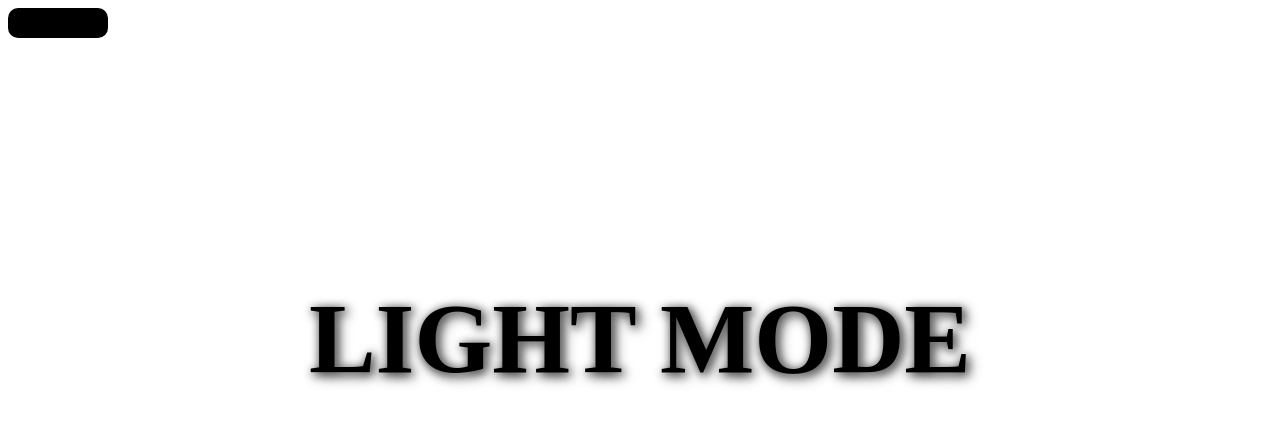
Repository: Eugene44-hub/darkmode-lightmode
Page: index.html
These files come from the project's save history. The page is drawn as it stood at one moment and after the next save; the edit follows.
The browser window is 1280 px wide. The pictures show the whole page.

Above is the page before, as saved 2021-09-13 13:09:55.
Console error: TypeError: Cannot read properties of null (reading 'addEventListener')

### index.html
<!DOCTYPE html>
<html lang="en">

<head>
    <meta charset="UTF-8">
    <meta http-equiv="X-UA-Compatible" content="IE=edge">
    <meta name="viewport" content="width=device-width, initial-scale=1.0">
    <title>Document</title>
    <link rel="stylesheet" href="style.css">
</head>

<body>

    <div class="box">
        <div cass="circle"></div>
    </div>
    <div class="container">
        <p> Light mode</p>
    </div>


    <!-- <div class="square"></div>
    <div class="circle"></div> -->
    <script src="app.js"></script>
</body>

</html>

### style.css
body {
    height: 600px;
    transition: all 0.5s;
}

p {
    margin: auto;
    font-size: 30px;
    font-weight: bold;
    text-transform: uppercase;
    text-align: center;
    font-size: 100px;
    text-shadow: 4px 4px 14px grey, 2px 2px 10px black;
}

.box {
    background-color: black;
    height: 30px;
    width: 100px;
    position: relative;
    transition: all 0.5s;
    border-radius: 10px;
}

.container {
    height: 600px;
    display: flex;
}

.circle {
    top: -10px;
    background-color: grey;
    height: 50px;
    width: 50px;
    box-shadow: 4px 4px 10px black;
    border-radius: 50%;
    position: absolute;
    left: -6px;
    transition: all 0.5s;
}

### app.js
const circle = document.querySelector('.circle');
const box = document.querySelector('.box');
const text = document.querySelector('p');
circle.addEventListener('click', e => {
    if (circle.style.left == '-6px') {
        document.body.style.backgroundColor = 'black';
        circle.style.left = '50px'
        box.style.backgroundColor = 'white'
        text.style.color = 'white';
        text.textContent = 'dark mode'

    } else {
        circle.style.left = '-6px'
        document.body.style.backgroundColor = 'white';
        text.style.color = 'black';
        box.style.backgroundColor = 'black';
        text.textContent = 'light mode';
    }
})

After the next save:
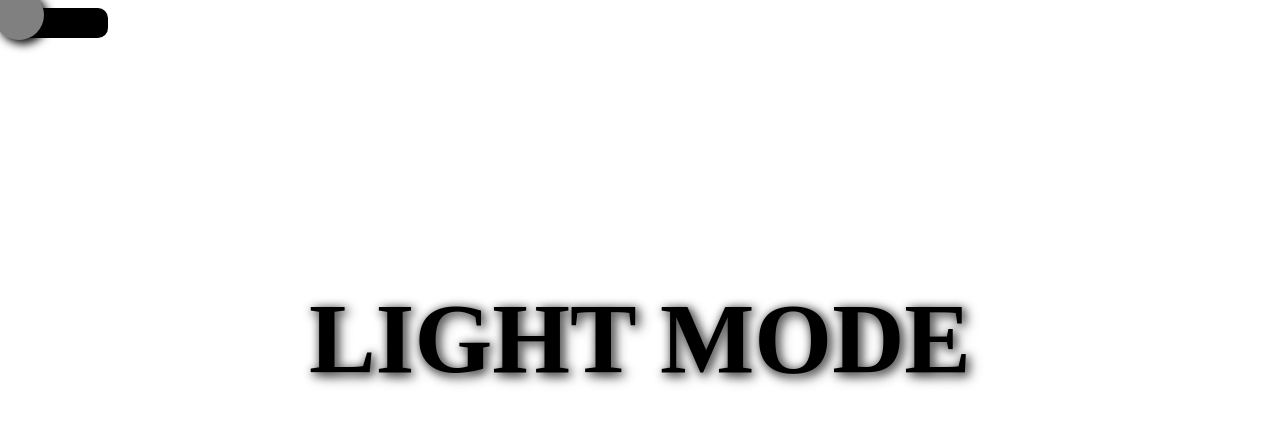
The error is gone.
Saved 24 days later.
--- a/index.html
+++ b/index.html
@@ -19,8 +19,8 @@
     </div>
 
 
-    <!-- <div class="square"></div>
-    <div class="circle"></div> -->
+    <div class="square"></div>
+    <div class="circle"></div>
     <script src="app.js"></script>
 </body>
 
